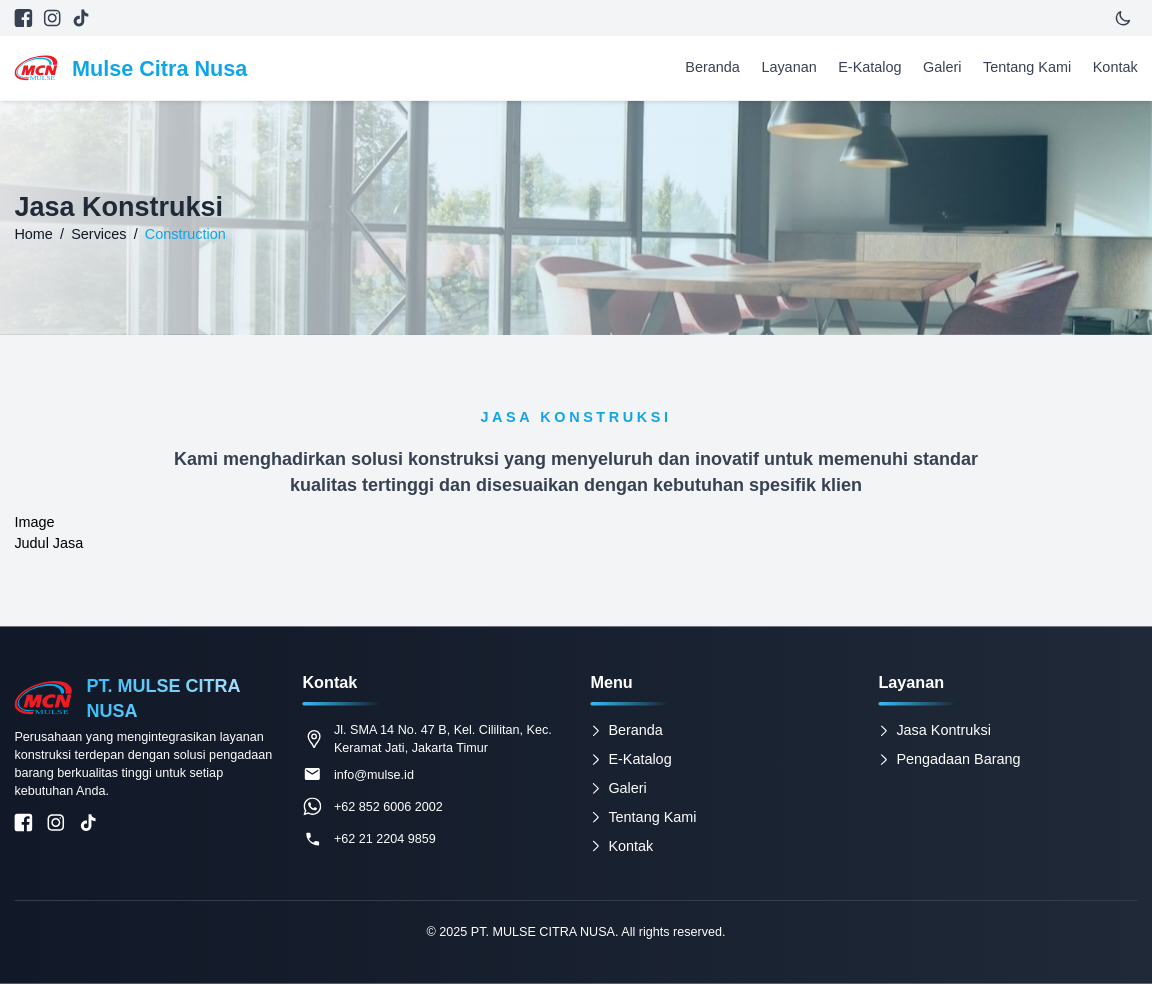
Repository: PrasBaldin/next-mulse
Page: /services/construction
An editor plug-in stored every save of this project. The page is shown before and after the next save, followed by the edit.
The browser window is 1280 px wide. The pictures show the whole page, at 90% of full size.
The project was rebuilt for these pictures with package versions that can differ from the ones it lists, and the page was loaded fresh each time. The framework's server and built-in components were replaced by stand-ins that run in the browser. Also part of the build but not shown: next.config.ts.

Above is the page before, as saved 2025-02-26 13:32:04.

### app/layout.tsx
import type { Metadata } from "next";
import { Geist, Geist_Mono } from "next/font/google";
import "./globals.css";
import Navbar from "@/components/navbar";
import Footer from "@/components/footer";

const geistSans = Geist({
  variable: "--font-geist-sans",
  subsets: ["latin"],
});

const geistMono = Geist_Mono({
  variable: "--font-geist-mono",
  subsets: ["latin"],
});

export const metadata: Metadata = {
  title: "Mulse",
  description: "Selamat datang di PT. Mulse Citra Nusa, kami menyediakan barang dan jasa sesuai kebutuhan Anda.",
};

export default function RootLayout({
  children,
}: Readonly<{
  children: React.ReactNode;
}>) {
  return (
    <html lang="en">
      <body className={`${geistSans.variable} ${geistMono.variable} antialiased`} >
        <Navbar />
        {children}
        <Footer />
      </body>
    </html>
  );
}

### app/services/construction/page.tsx
import Link from "next/link";

const ConstructionPage = () => {
  return (
    <>
      <section className="mt-[72px] lg:mt-[112px]">
        <div className="banner">
          <div className="banner-mask"></div>
          <div className="container z-[1] relative">
            <div className="banner-content">
              <h4 className="text-3xl font-bold text-gray-800 dark:text-gray-100 transition duration-500 ease-in-out">
                Jasa Konstruksi
              </h4>
              <ul className="breadcrumbs">
                <li>
                  <Link
                    href="/"
                    className="text-gray-900 dark:text-gray-100 transition duration-500 ease-in-out"
                  >
                    Home
                  </Link>
                </li>
                <li className="text-gray-900 dark:text-gray-100 transition duration-500 ease-in-out">
                  /
                </li>
                <li>
                  <Link
                    href="/"
                    className="text-gray-900 dark:text-gray-100 transition duration-500 ease-in-out"
                  >
                    Services
                  </Link>
                </li>
                <li className="text-gray-900 dark:text-gray-100 transition duration-500 ease-in-out">
                  /
                </li>
                <li>
                  <Link href="/gallery" className="text-sky-500">
                    Construction
                  </Link>
                </li>
              </ul>
            </div>
          </div>
        </div>
      </section>
      <section className="py-20">
        <div className="container">
          <div className="text-center">
            <h4 className="mb-3 text-sky-500 font-semibold tracking-[.25em] uppercase">
              Jasa Konstruksi
            </h4>
            <h3 className="py-2 my-2 mx-auto w-full md:w-3/4 text-gray-700 dark:text-gray-100 transition duration-500 ease-in-out text-xl font-semibold">
              Kami menghadirkan solusi konstruksi yang menyeluruh dan inovatif
              untuk memenuhi standar kualitas tertinggi dan disesuaikan dengan
              kebutuhan spesifik klien
            </h3>
          </div>
          <div className="service-content grid grid-cols-2 md:grid-cols-3">
            <div className="card">
              <div className="card-img">
                <span>Image</span>
              </div>
              <div className="card-title">
                <h4>Judul Jasa</h4>
              </div>
            </div>
          </div>
        </div>
      </section>
    </>
  );
};

export default ConstructionPage;

### app/globals.css
@tailwind base;
@tailwind components;
@tailwind utilities;

:root {
  --background: #ffffff;
  --foreground: #171717;
}

@media (prefers-color-scheme: dark) {
  :root {
    --background: #0a0a0a;
    --foreground: #ededed;
  }
}

body {
  font-family: Arial, Helvetica, sans-serif;
  @apply bg-gray-100 dark:bg-gray-700;
}

.container {
  @apply mx-auto px-4;
}

.btn {
  @apply px-4 py-3 rounded-lg transition duration-500 ease-in-out;
}

.btn-primary {
  @apply bg-sky-600 hover:bg-sky-700 dark:hover:bg-sky-700 text-gray-100 hover:text-gray-300;
}

.btn-secondary {
  @apply bg-gray-100 hover:bg-gray-300 dark:hover:bg-gray-300 text-gray-800;
}

.btn-primary-border {
  @apply bg-transparent hover:bg-sky-500 dark:hover:bg-sky-500 border-2 border-sky-500 text-sky-500 dark:text-sky-500 hover:text-white dark:hover:text-white;
}

.banner {
  background-image: url("/img/banner-2.jpg");
  background-size: cover;
  @apply py-[100px] relative;
}

.banner-mask {
  @apply absolute inset-0 bg-gradient-to-r from-gray-100/90 to-sky-500/20 dark:from-gray-800/90 dark:to-sky-500/20 transition duration-500 ease-in-out z-[0];
}

.breadcrumbs {
  @apply flex gap-2 font-medium;
}

### components/navbar.css
.utility-bar {
  @apply hidden lg:block absolute top-0 w-full py-1 bg-gray-100 dark:bg-gray-700 transition duration-500 ease-in-out z-10;
}

.utility-content {
  @apply w-auto flex gap-2;
}

.social-media-link {
  @apply mr-3 text-gray-700 dark:text-gray-100 hover:text-sky-500 dark:hover:text-sky-500 transition duration-300;
}

.navbar {
  @apply bg-white dark:bg-gray-800 transition duration-500 ease-in-out shadow-md top-0 lg:top-[40px] fixed lg:absolute w-full z-20;
}

.nav-link {
  @apply text-gray-700 hover:text-sky-500 dark:hover:text-sky-500 dark:text-gray-100 py-5 transition duration-500 ease-in-out border-b-2 border-transparent hover:border-sky-500 flex items-center;
}

.nav-dropdown {
  @apply bg-white dark:bg-gray-800 absolute top-[4rem] -left-2 w-auto pt-2 p-3 border-2 border-sky-300 dark:border-sky-800 border-t-sky-500 dark:border-t-sky-500 shadow-xl rounded-lg overflow-visible transition-all duration-300 transform;
}

.nav-link-dropdown {
  @apply text-gray-700 hover:text-sky-500 dark:hover:text-sky-500 dark:text-gray-100 pt-2 pb-1 transition duration-500 ease-in-out hover:bg-gray-100 dark:hover:bg-gray-700 rounded border-b border-gray-200 hover:border-sky-500 block mt-2 px-2;
}

.nav-link-mobile {
  @apply hover:bg-gray-100 dark:hover:bg-gray-700 text-gray-700 hover:text-sky-500 dark:hover:text-sky-500 dark:text-gray-100 py-2 pl-2 border-b border-gray-200 hover:border-sky-500 rounded transition;
}

.hamburger {
  @apply absolute w-6 h-[3px] bg-gray-800 dark:bg-gray-100 rounded transition duration-500 ease-in-out;
}

.dropdown-arrow {
  @apply border-b-2 border-r-2 border-gray-700 dark:border-gray-100 ml-2 w-3 h-3 transition duration-500 ease-in-out;
}

.nav-link-mobile:hover .dropdown-arrow {
  @apply border-sky-500;
}

### components/toggleDarkMode.tsx
"use client";
import { useState, useEffect } from "react";
import IconDarkMode from "../app/_assets/icon/iconDarkmode";
import IconLightMode from "../app/_assets/icon/iconLightmode";

import "./toggleDarkMode.css";

const ToggleDarkMode = () => {
  const [isDarkMode, setIsDarkMode] = useState(false);
  useEffect(() => {
    const storedTheme = localStorage.getItem("theme");
    setIsDarkMode(storedTheme === "dark");
  }, []);

  useEffect(() => {
    if (isDarkMode) {
      document.documentElement.classList.add("dark");
      localStorage.setItem("theme", "dark");
    } else {
      document.documentElement.classList.remove("dark");
      localStorage.setItem("theme", "light");
    }
  }, [isDarkMode]);

  return (
    <>
      {/* Mobile */}
      <button
        onClick={() => setIsDarkMode(!isDarkMode)}
        className="lg:hidden btn h-11 flex items-center"
        style={{ padding: ".5rem" }}
      >
        <div className="block">
          <div className="absolute flex items-center gap-2">
            <div
              className={`toggle-dark-mode-mobile gap-2 ${
                isDarkMode ? "opacity-100 rotate-0" : "opacity-0 rotate-90"
              }`}
            >
              <IconLightMode />
            </div>
            <span
              className={`text-gray-700 dark:text-gray-300 ${
                isDarkMode ? "opacity-100" : "opacity-0"
              }`}
            >
              Light Mode
            </span>
          </div>
          <div className="flex items-center gap-2">
            <div
              className={`toggle-dark-mode-mobile gap-2 ${
                isDarkMode ? "opacity-0 -rotate-90" : "opacity-100 rotate-0"
              }`}
            >
              <IconDarkMode />
            </div>
            <span
              className={`text-gray-700 dark:text-gray-300 ${
                isDarkMode ? "opacity-0" : "opacity-100"
              }`}
            >
              Night Mode
            </span>
          </div>
        </div>
      </button>

      {/* Desktop */}
      <button
        onClick={() => setIsDarkMode(!isDarkMode)}
        className="btn hidden lg:block btn w-8 h-8 relative overflow-hidden"
      >
        <div
          className={`toggle-dark-mode ${
            isDarkMode ? "opacity-100 rotate-0" : "opacity-0 rotate-90"
          }`}
        >
          <IconLightMode />
        </div>
        <div
          className={`toggle-dark-mode ${
            isDarkMode ? "opacity-0 -rotate-90" : "opacity-100 rotate-0"
          }`}
        >
          <IconDarkMode />
        </div>
      </button>
    </>
  );
};

export default ToggleDarkMode;

### components/footer.css
footer table tr a {
    @apply transition duration-300
}

footer table tr:hover a {
    @apply text-sky-400
}

### app/_assets/icon/iconDarkmode.tsx
import React from "react";

const IconDarkmode = () => {
    return (
        <svg xmlns="http://www.w3.org/2000/svg" className="h-5 w-5 text-gray-700 dark:text-gray-100" fill="none" viewBox="0 0 24 24" stroke="currentColor">
            <path strokeLinecap="round" strokeLinejoin="round" strokeWidth={2} d="M20.354 15.354A9 9 0 018.646 3.646 9.003 9.003 0 0012 21a9.003 9.003 0 008.354-5.646z" />
        </svg>
    )
}

export default IconDarkmode

### app/_assets/icon/iconLightmode.tsx
import React from "react";

const IconLightMode = () => {
    return (
        <svg xmlns="http://www.w3.org/2000/svg" className="h-5 w-5 text-gray-100" fill="none" viewBox="0 0 24 24" stroke="currentColor">
            <path strokeLinecap="round" strokeLinejoin="round" strokeWidth="2" d="M12 3v1m0 16v1m9-9h-1M4 12H3m15.364 6.364l-.707-.707M6.343 6.343l-.707-.707m12.728 0l-.707.707M6.343 17.657l-.707.707" />
            <circle cx="12" cy="12" r="3" stroke="currentColor" strokeWidth="2" fill="none" />
        </svg>
    )
}

export default IconLightMode

### components/toggleDarkMode.css
.toggle-dark-mode {
    @apply absolute top-0 bottom-0 left-0 right-0 flex items-center justify-center transition-all duration-500 transform
}

.toggle-dark-mode-mobile {
    @apply flex items-center justify-center transition-all duration-500 transform
}

### tailwind.config.ts
import type { Config } from "tailwindcss";

export default {
  darkMode: 'class',
  content: [
    "./pages/**/*.{js,ts,jsx,tsx,mdx}",
    "./components/**/*.{js,ts,jsx,tsx,mdx}",
    "./app/**/*.{js,ts,jsx,tsx,mdx}"
  ],
  theme: {
    extend: {
      width: {
        '11': '2.75rem',
      },
      height: {
        '11': '2.75rem',
      },
      colors: {
        background: "var(--background)",
        foreground: "var(--foreground)",
      },
    },
  },
  plugins: [],
} satisfies Config;

Loaded but not shown: components/footer.tsx (503 lines, source omitted); components/navbar.tsx (283 lines, source omitted)

After the next save:
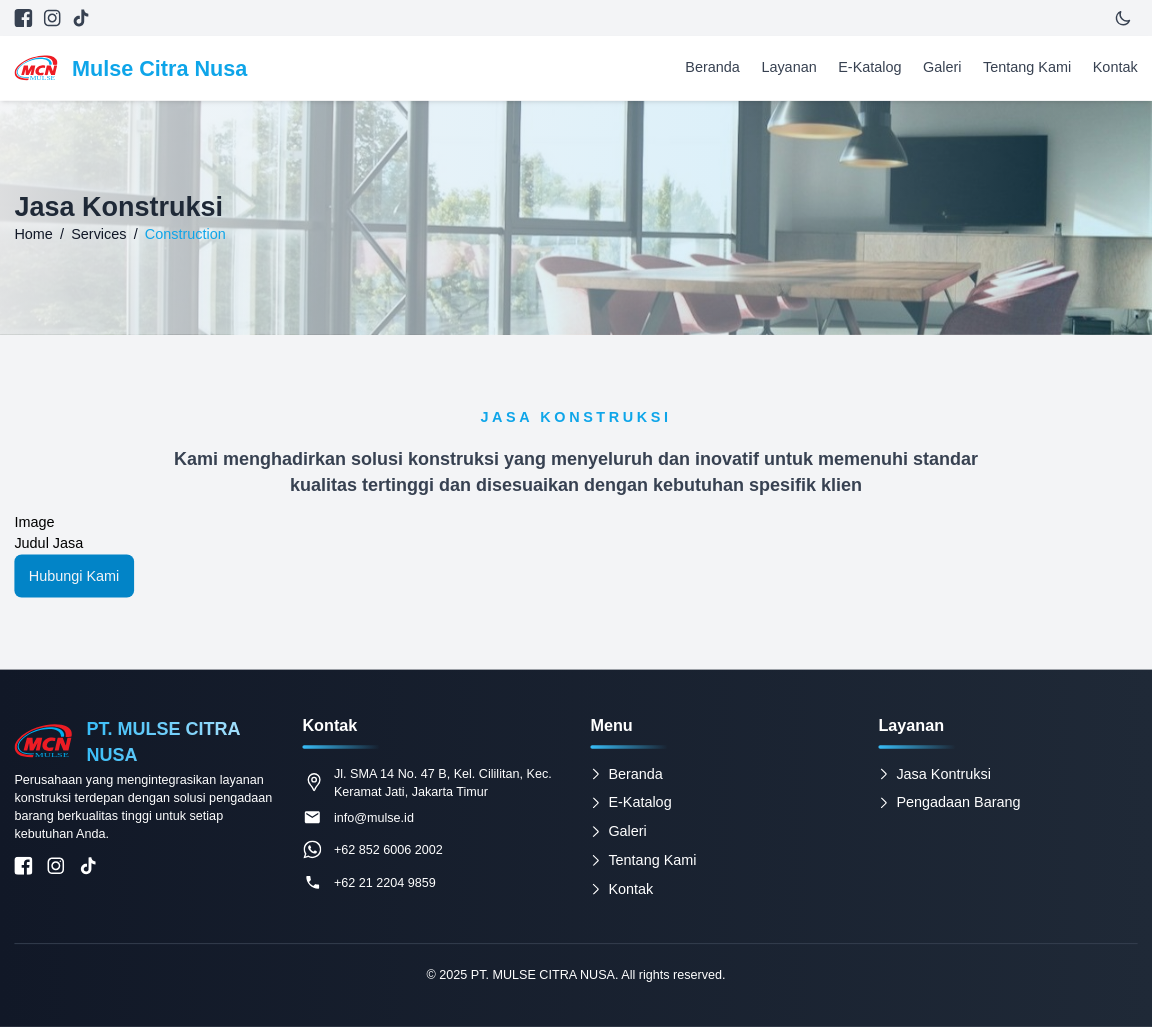
Saved 39 s later.
--- a/app/services/construction/page.tsx
+++ b/app/services/construction/page.tsx
@@ -64,6 +64,7 @@
               <div className="card-title">
                 <h4>Judul Jasa</h4>
               </div>
+              <button className="btn btn-primary">Hubungi Kami</button>
             </div>
           </div>
         </div>
